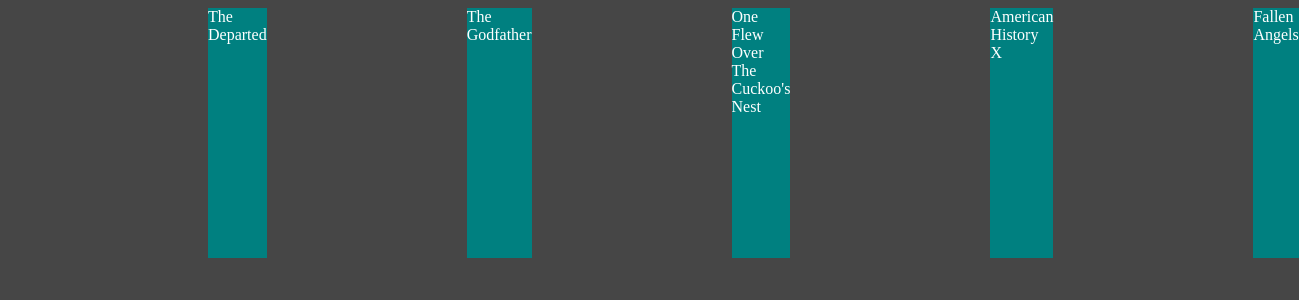
Repository: nishit47/merofilmrecs
Page: web_dev/tiles.html
These files come from the project's save history. The page is drawn as it stood at one moment and after the next save; the edit follows.
The browser window is 1280 px wide. The page is 1299 px wide, then 1280 px, so the pictures cover 1299 px, including what lies to the right of the window. The pictures show the whole page.

Above is the page before, as saved 2021-10-06 15:05:19.

### web_dev/tiles.html
<!DOCTYPE html>
<html lang="en">
<head>
    <meta charset="UTF-8">
    <meta http-equiv="X-UA-Compatible" content="IE=edge">
    <meta name="viewport" content="width=device-width, initial-scale=1.0">
    <title>tiles</title>
</head>
<link rel="stylesheet" href="styling.css">
<style>
    .movietiles{
        color: white;
        display: flex;
    }
    .movieitem{
        height: 250px;
        background-color: teal;
        margin-left: 200px;

    }
</style>
<body>
    <div class="movietiles">
        <div class="movieitem"id="movie1">The Departed</div>
        <div class="movieitem"id="movie2">The Godfather</div>
        <div class="movieitem"id="movie3">One Flew Over The Cuckoo's Nest</div>
        <div class="movieitem"id="movie4">American History X</div>
        <div class="movieitem" id="movie5">Fallen Angels</div>
    </div>

</body>
</html>

### web_dev/styling.css
body{
    background-color: rgb(70, 70, 70);
    color: white;
}

nav ul{
    background-color: rgb(56, 56, 56);
    display: flex;
    height: 37px;
    border-radius: 3px;
}
nav ul li{
    background-color: rgb(70, 70, 70);
    margin: 5px 20px;
    padding: 5px 20px;
    list-style-type: none;
    border-radius: 3px;
}
nav ul li a{
    text-decoration: none;
    color: white;
}
nav ul li :hover{
    color: yellow;
}
nav ul div{
    padding: 5px 0px;
    margin: 0.5px 30px;
}
h1{
    text-align: center;
}
.movie{
    border:black;
    border-radius: 20px;
    background-color: rgb(56, 56, 56);
    margin: auto 10%;
    padding: 20px;
}

.rating, .cast, .description, h2{
    background-color: rgb(70, 70, 70);
}
.still, .trailer{
    display: block;
    max-width:100%;
    max-height:100%;
    margin: 0 auto;
}
#netflix{
    float: right;
}

After the next save:
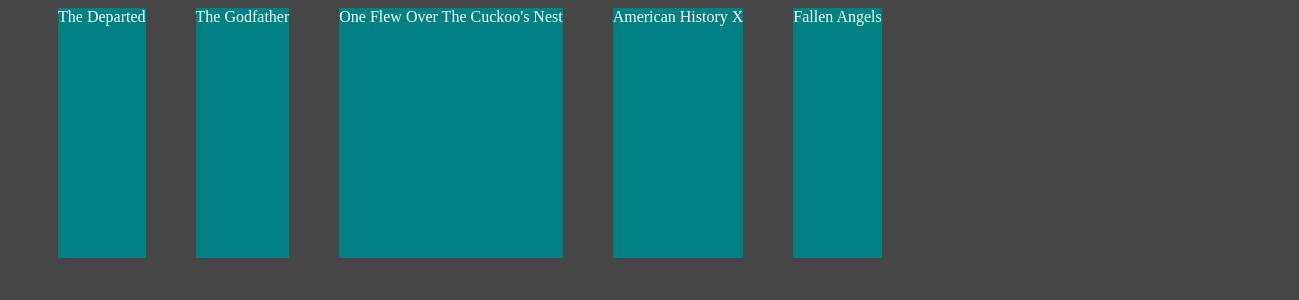
Saved 8 s later.
--- a/web_dev/tiles.html
+++ b/web_dev/tiles.html
@@ -15,7 +15,7 @@
     .movieitem{
         height: 250px;
         background-color: teal;
-        margin-left: 200px;
+        margin-left: 50px;
 
     }
 </style>
